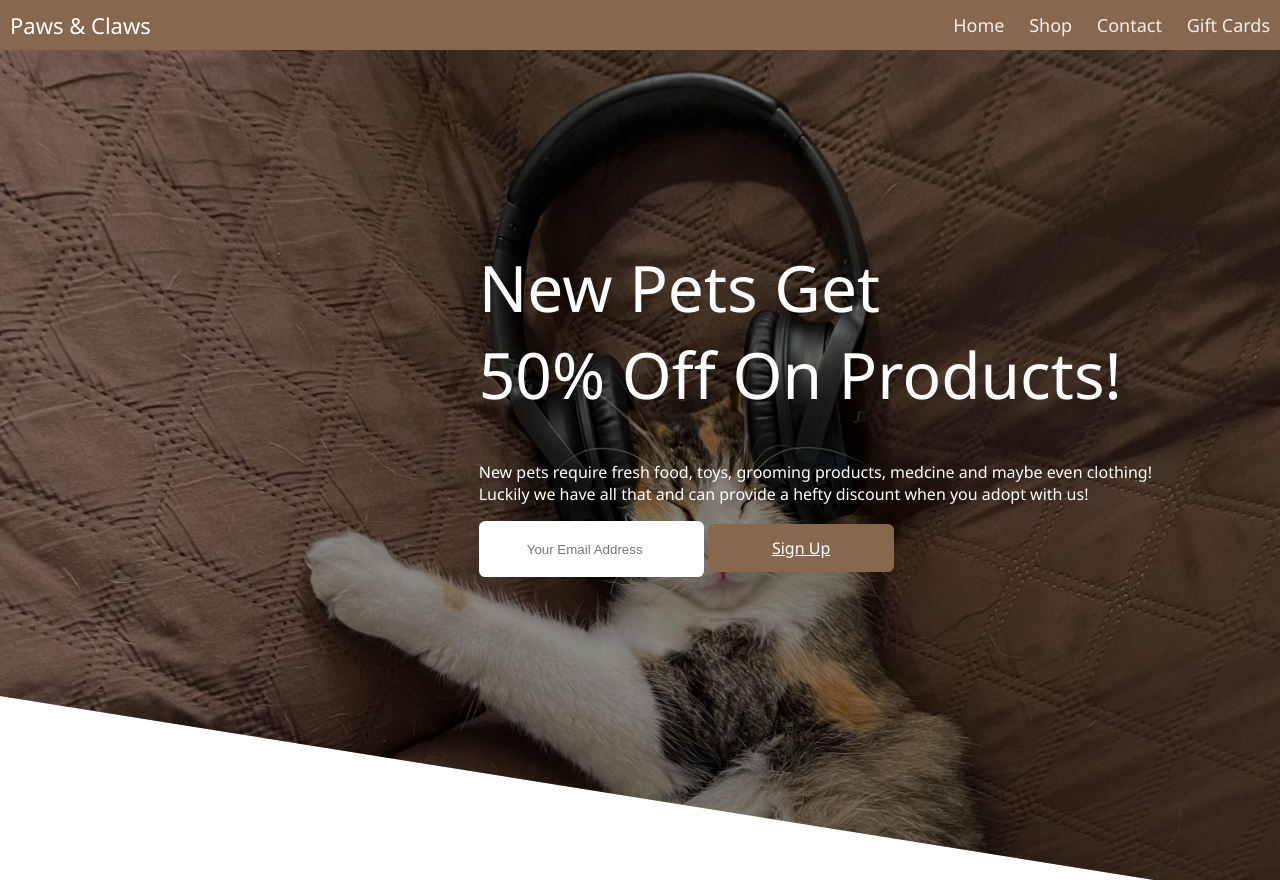
Repository: LtGriff/petProject
Page: dist/about.html
These files come from the project's save history. The page is drawn as it stood at one moment and after the next save; the edit follows.
The browser window is 1280 px wide. The pictures show the part of the page from y = 0 to 880 px (the page is 2752 px tall before and 1902 px after).
A picture or video elsewhere on the page could not be fetched, so the positions and the page height are approximate. Backgrounds fixed to the window are drawn as part of the page.

Above is the page before, as saved 2022-05-19 08:09:03.

### dist/about.html
<!DOCTYPE html>
<html lang="en">
<head>
    <meta charset="UTF-8">
    <meta http-equiv="X-UA-Compatible" content="IE=edge">
    <meta name="viewport" content="width=device-width, initial-scale=1.0">
    <link rel="stylesheet" type="text/css" href="../CSS/about.css">
    <title>About the Animal House</title>
</head>
<body>
<!-------------NAV***************BAR----------------------->

    <div class="nav">
        <input type="checkbox" id="nav-check">
        <div class="nav-header">
          <div class="nav-title">
            Paws & Claws
          </div>
        </div>
        <div class="nav-btn">
          <label for="nav-check">
            <span></span>
            <span></span>
            <span></span>
          </label>
        </div>

        <div class="nav-links">
          <a href="index.html" target="">Home</a>
          <a href="shop.html" target="_blank">Shop</a>
          <a href="contact.html" target="_blank">Contact</a>
          <a href="giftcard.html" target="_blank">Gift Cards</a>
        </div>
      </div>

    <!-------------NAV*******BAR********END----------------------->


 <!------------------HEADER*******SECTION---------------------->


 <div class="dogfield"></div>

 <header id="header-section">
  <div class="header-text container">
      <h1>New Pets Get <br> 50%  Off On Products!</h1>
      <p>
         New pets require fresh food, toys, grooming products, medcine and maybe even clothing!<br> Luckily we have all that and can provide a hefty discount when you adopt with us!
      </p>
      <input id="userInput" type="email" placeholder="Your Email Address" required>
      <a class="cta" href="#">Sign Up</a>
      <p id="error">Please provide a valid email address</p>
  </div>
</header>

  <!-- start header section -->
  <header id="header-section">
    <div class="header-text container">
        <h1>About The Pet Shop</h1>
        <p>
            The Pet Shop is a small pet boutique that caters to the needs of all our fury friends. <br> The Pet shop Has you Covered For All the Pet Supplies and Pet Care You Need. <br> We have amazing prices, every day. Explore more than 1,000 favorite brands, including <br> Blue Buffalo, Nutro, Natural Balance, and Tidy Cats – all from the comfort of home.
        </p>
    </div>
</header>
<!-- end header section -->

<main>
    <section class="about-section text-center">
        <div class="whoWeAre-box container">
            <div class="row">

                <div class="col-md-6">
                    <img src="img/about1.jpg" class="img-fluid" alt="">
                </div>

                <div class="col-md-6">
                    <h2>Who We Are</h2>
                    <p>
                        At The Pet Shop, we strive to deliver the best products with the best service and we want to become even better. Happy customers are always our #1 priority, and our team members are passionate about finding new ways to wow both pet owners and the industry at large.
                    </p>
                </div>
            </div>
        </div>

        <div class="whyWeDoIt-box container">
            <div class="row">

                <div class="col-md-6 order-md-2">
                    <img src="img/about2.jpg" class="img-fluid" alt="">
                </div>

                <div class="col-md-6 order-md-1">
                    <h2>Why We Do It</h2>
                    <p>
                        Our mission here at The Pet Shop is To be the most trusted and convenient online destination for pet parents (and partners), everywhere. Our experts are here 24/7 to answer questions and help you find the perfect items for your pet. We also have a 100% Unconditional Satisfaction Guaranteed Policy on every order, just in case they’re not crazy about that new food or toy. Shopping for your pet has never been easier.
                    </p>
                    <ul class="text-justify mt-4">
                        <li>we take pride in the brands we carry</li>
                        <li>we care about the well being of our fury friends</li>
                        <li>we donate to the animals care society</li>
                        <li>we love animals</li>
                    </ul>
                </div>
            </div>
        </div>
    </section>
</main>











</body>
</html>

### dist/CSS/about.css
/** NAV BAR **/

* {
    box-sizing: border-box;
  }

  body {
    margin: 0px;
    font-family: 'segoe ui';
  }

  .nav {
    height: 50px;
    width: 100%;
    background-color: #87684e;

  /**
    opacity: .5;
    filter: alpha(opacity=50);
    position: relative;**/
    /* z-index: ; */


    box-shadow:
    0 2.8px 2.2px rgba(0, 0, 0, 0.034),
    0 6.7px 5.3px rgba(0, 0, 0, 0.048),
    0 12.5px 10px rgba(0, 0, 0, 0.06),
    0 22.3px 17.9px rgba(11, 4, 4, 0.072),
    0 41.8px 33.4px rgba(0, 0, 0, 0.086),
    0 100px 80px rgba(0, 0, 0, 0.12);
  }

  .nav > .nav-header {
    display: inline;
  }

  .nav > .nav-header > .nav-title {
    display: inline-block;
    font-size: 22px;
    color: #fff;
    padding: 10px 10px 10px 10px;
  }

  .nav > .nav-btn {
    display: none;
  }

  .nav > .nav-links {
    display: inline;
    float: right;
    z-index: 9;
    font-size: 18px;
  }

  .nav > .nav-links > a {
    display: inline-block;
    padding: 13px 10px 13px 10px;
    text-decoration: none;
    color: #efefef;
  }

  .nav > .nav-links > a:hover {
    background-color: rgba(0, 0, 0, 0.3);
  }

  .nav > #nav-check {
    display: none;
  }


 /** HEADER SECTION **/

#header-section{
    height: 90vh;
    background-image: linear-gradient(
        to left bottom,
        rgba(0, 0, 0, 0.4),
        rgba(0, 0, 0, 0.5)),
    url("../img/catsleep.jpg");
    background-attachment: fixed;
    background-size: cover;
    background-repeat: no-repeat;
    width: auto;
    height: 850px;
    resize: both;
    overflow: scroll;
    clip-path: polygon(0% 0%,100% 0%,100% 100%,0% 76%);

  }



  .header-text {
    position: absolute;
    top: 28%;
    right: 10%;
    color: #ffffff;
  }

  .header-text h1 {
    font-size: 4rem;
    font-weight: 500;
  }

  .header-text p {
    margin-bottom: 1rem;
  }

  #header-section input {
    width: 225px;
    height: 3.5rem;
    border-radius: 0.4rem;
    border: none;
    padding: 0.5rem 3rem;
  }

  .cta {
    background-color: #87684e;
    padding: 0.8rem 4rem;
    border-radius: 0.4rem;
    color: #fff;
    font-weight: 400;
  }

  .cta:hover {
    transform: translateY(-3px);
    box-shadow: 0 1rem 2rem rgba(0, 0, 0, .2);
  }

  .cta:active {
    transform: translateY(-1px);
    box-shadow: 0 .5rem 1rem rgba(0, 0, 0, .2);
  }

  .cta::after {
    content: "";
    display: inline-block;
    height: 100%;
    width: 100%;
    border-radius: 10rem;
    position: absolute;
    top: 0;
    left: 0;
    z-index: -1;
    transition: all .4s;
  }

  .cta:hover::after {
    transform: scaleX(1.4) scaleY(1.6);
    opacity: 0;
  }

  #error {
    color: red;
    font-weight: 600;
    display: none;
    margin-top: 1rem;
    transition: all 0.5s ease-in;
  }

@media (max-width:600px) {
    .nav > .nav-btn {
      display: inline-block;
      position: absolute;
      right: 0px;
      top: 0px;
    }
    .nav > .nav-btn > label {
      display: inline-block;
      width: 50px;
      height: 50px;
      padding: 13px;
    }
    .nav > .nav-btn > label:hover,.nav  #nav-check:checked ~ .nav-btn > label {
      background-color: rgba(0, 0, 0, 0.3);
    }
    .nav > .nav-btn > label > span {
      display: block;
      width: 25px;
      height: 10px;
      border-top: 2px solid #eee;
    }
    .nav > .nav-links {
      position: absolute;
      display: block;
      width: 100%;
      background: rgb(234,212,189);
      background: linear-gradient(7deg, rgba(234,212,189,1) 0%, rgba(204,175,140,1) 24%, rgba(191,161,124,1) 64%, rgba(135,104,78,1) 98%);
      height: 0px;
      transition: all 0.3s ease-in;
      overflow-y: hidden;
      top: 50px;
      left: 0px;
    }
    .nav > .nav-links > a {
      display: block;
      width: 100%;
    }
    .nav > #nav-check:not(:checked) ~ .nav-links {
      height: 0px;
    }
    .nav > #nav-check:checked ~ .nav-links {
      height: calc(28vh - 50px);
      overflow-y: auto;
    }

  }

After the next save:
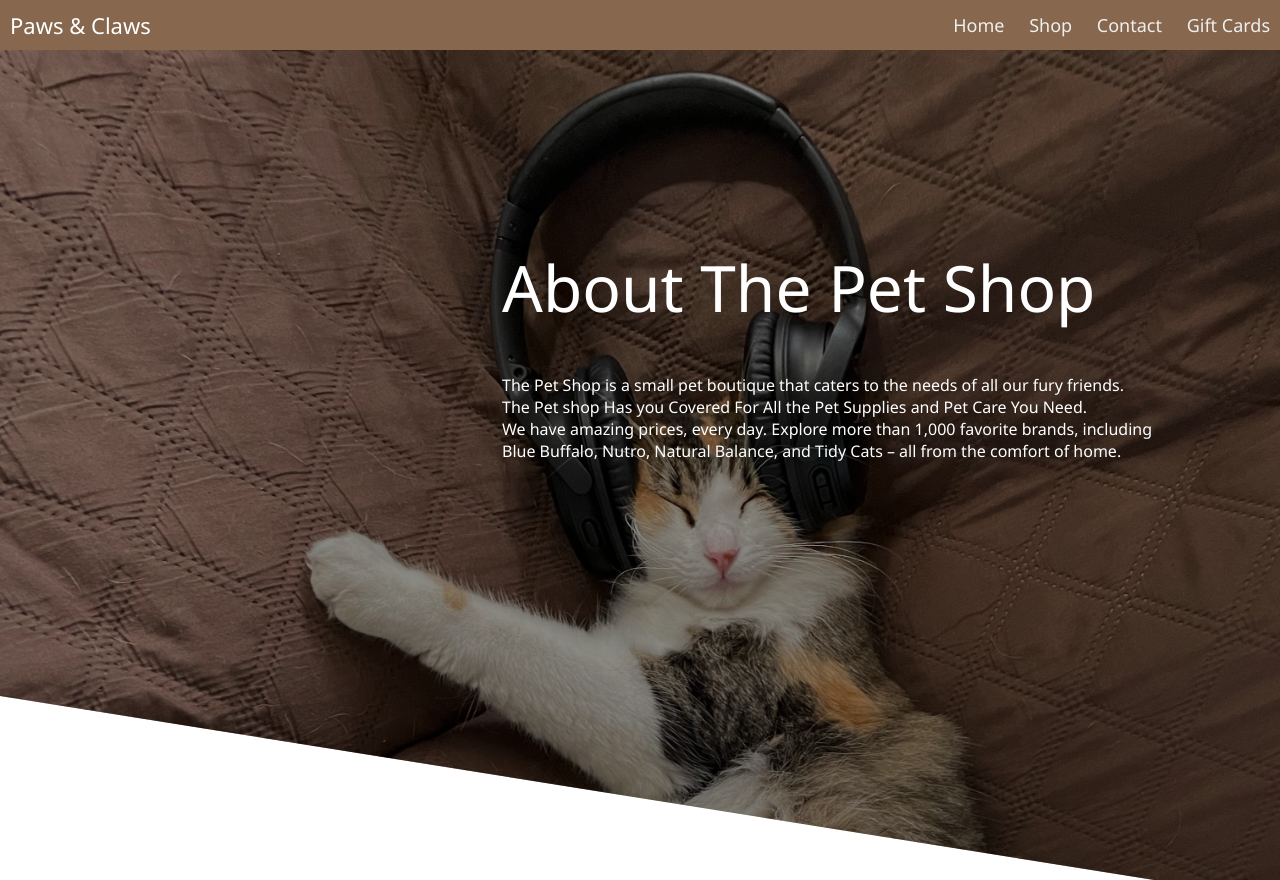
Saved 21 s later.
--- a/dist/about.html
+++ b/dist/about.html
@@ -36,22 +36,7 @@
     <!-------------NAV*******BAR********END----------------------->
 
 
- <!------------------HEADER*******SECTION---------------------->
 
-
- <div class="dogfield"></div>
-
- <header id="header-section">
-  <div class="header-text container">
-      <h1>New Pets Get <br> 50%  Off On Products!</h1>
-      <p>
-         New pets require fresh food, toys, grooming products, medcine and maybe even clothing!<br> Luckily we have all that and can provide a hefty discount when you adopt with us!
-      </p>
-      <input id="userInput" type="email" placeholder="Your Email Address" required>
-      <a class="cta" href="#">Sign Up</a>
-      <p id="error">Please provide a valid email address</p>
-  </div>
-</header>
 
   <!-- start header section -->
   <header id="header-section">
